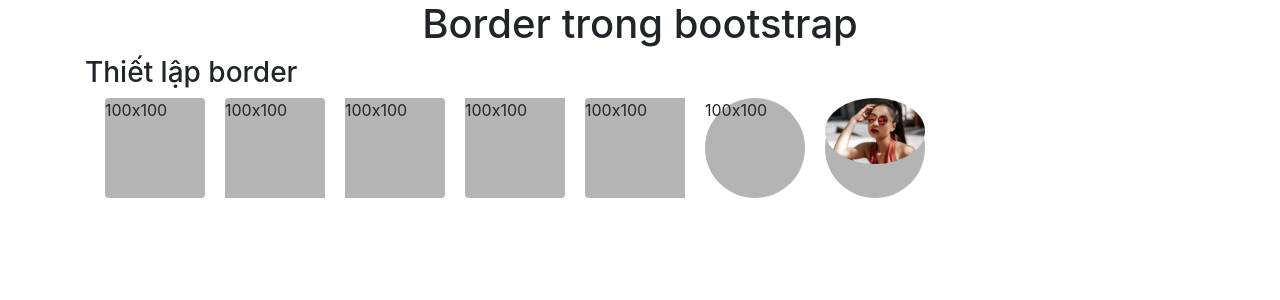
Repository: anhtu2110/front_end
Page: lesson/bootstrap/box/4.3-rounded.html
These files come from the project's save history. The page is drawn as it stood at one moment and after the next save; the edit follows.
The browser window is 1280 px wide. The pictures show the whole page.

Above is the page before, as saved 2022-12-02 08:28:23.

After the next save:
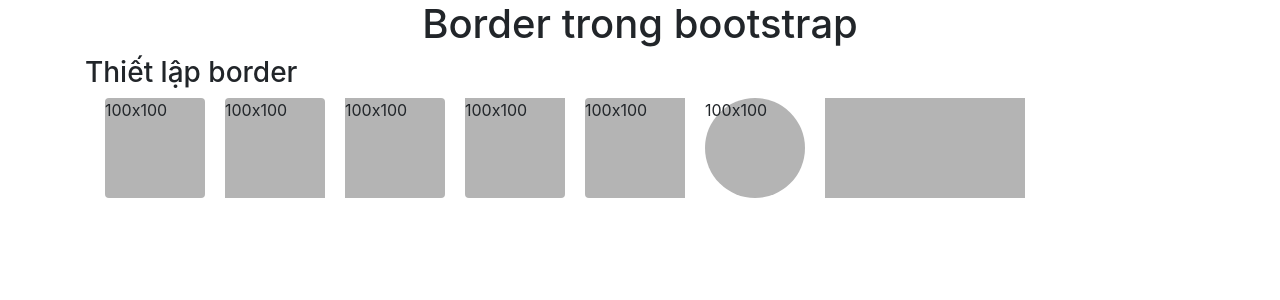
Saved 34 s later.
--- a/lesson/bootstrap/box/4.3-rounded.html
+++ b/lesson/bootstrap/box/4.3-rounded.html
@@ -16,6 +16,9 @@
         margin-left: 20px;
         background-color: #b4b4b4;
       }
+      .box-2 {
+        width: 200px;
+      }
     </style>
     <div class="container">
       <div class="row">
@@ -28,13 +31,7 @@
           <div class="box rounded-bottom">100x100</div>
           <div class="box rounded-left">100x100</div>
           <div class="box rounded-circle">100x100</div>
-          <div class="box rounded-circle">
-            <img
-              class="d-block rounded-circle img-fluid"
-              src="./images/girl-1.jpg"
-              alt=""
-            />
-          </div>
+          <div class="box-2 box"></div>
         </div>
       </div>
     </div>
